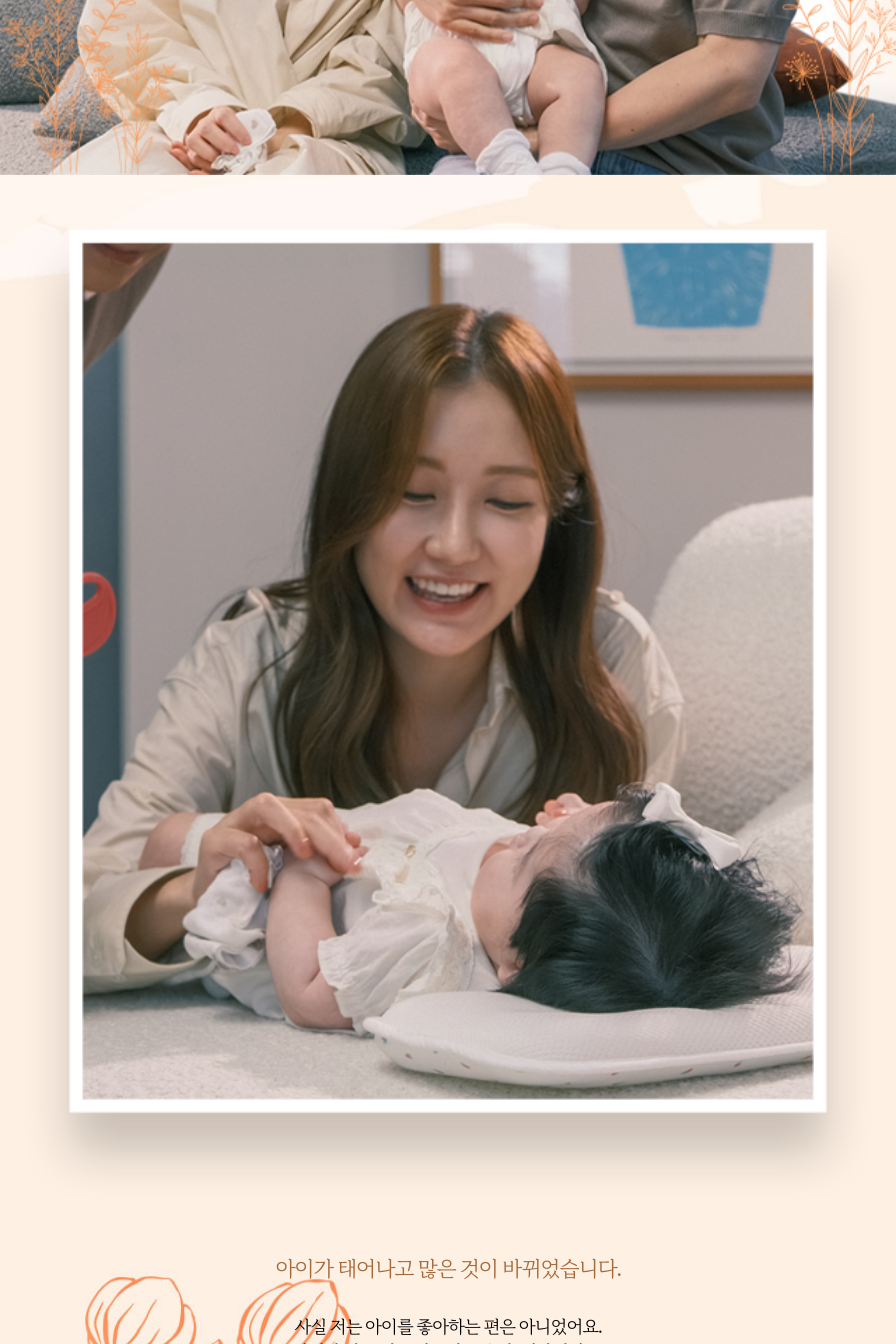
Repository: dlgywls1130/saveTheChildren_2024
Page: index.html
An editor plug-in stored every save of this project. The page is shown before and after the next save, followed by the edit.
The browser window is 1280 px wide. The pictures show the part of the page from y = 2707 to 4627 px (the page is 18710 px tall before and 18560 px after), at 70% of full size.
Some web fonts or font styles are not loaded; a fallback is used. The style sheet was rebuilt from its Sass, Less or Tailwind sources for each picture, by a compiler version that may differ from the author's.

Above is the page before, as saved 2024-11-03 23:52:28.

After the next save:
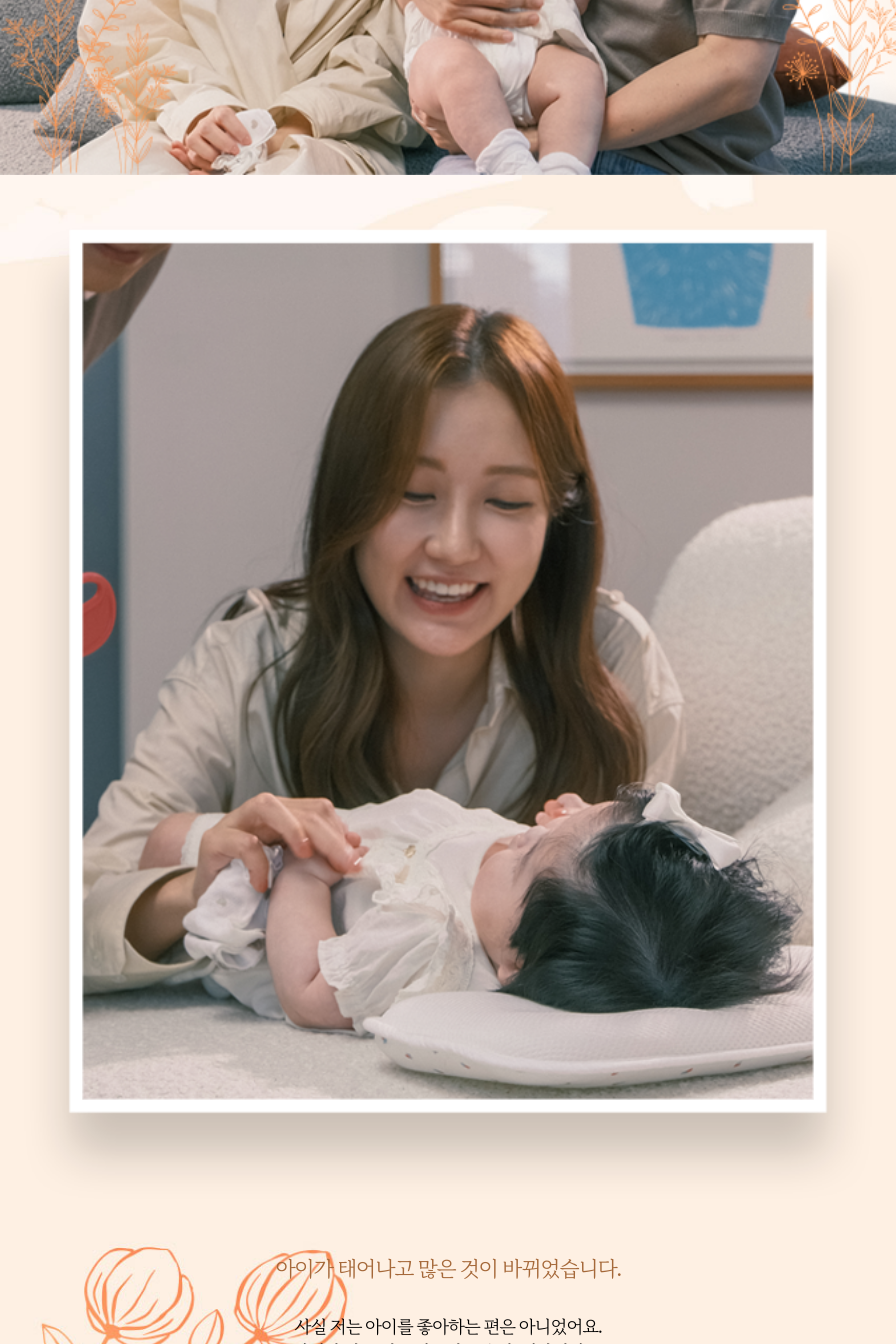
Saved 18 s later.
--- a/index.html
+++ b/index.html
@@ -130,7 +130,7 @@
             </div>
 
             <div class="story_04">
-                <div class="story04_01 mb-150">
+                <div class="story04_01">
 
                     <div class="story_image">
                         <img src="/images/s4_1.png" alt="stroy">
